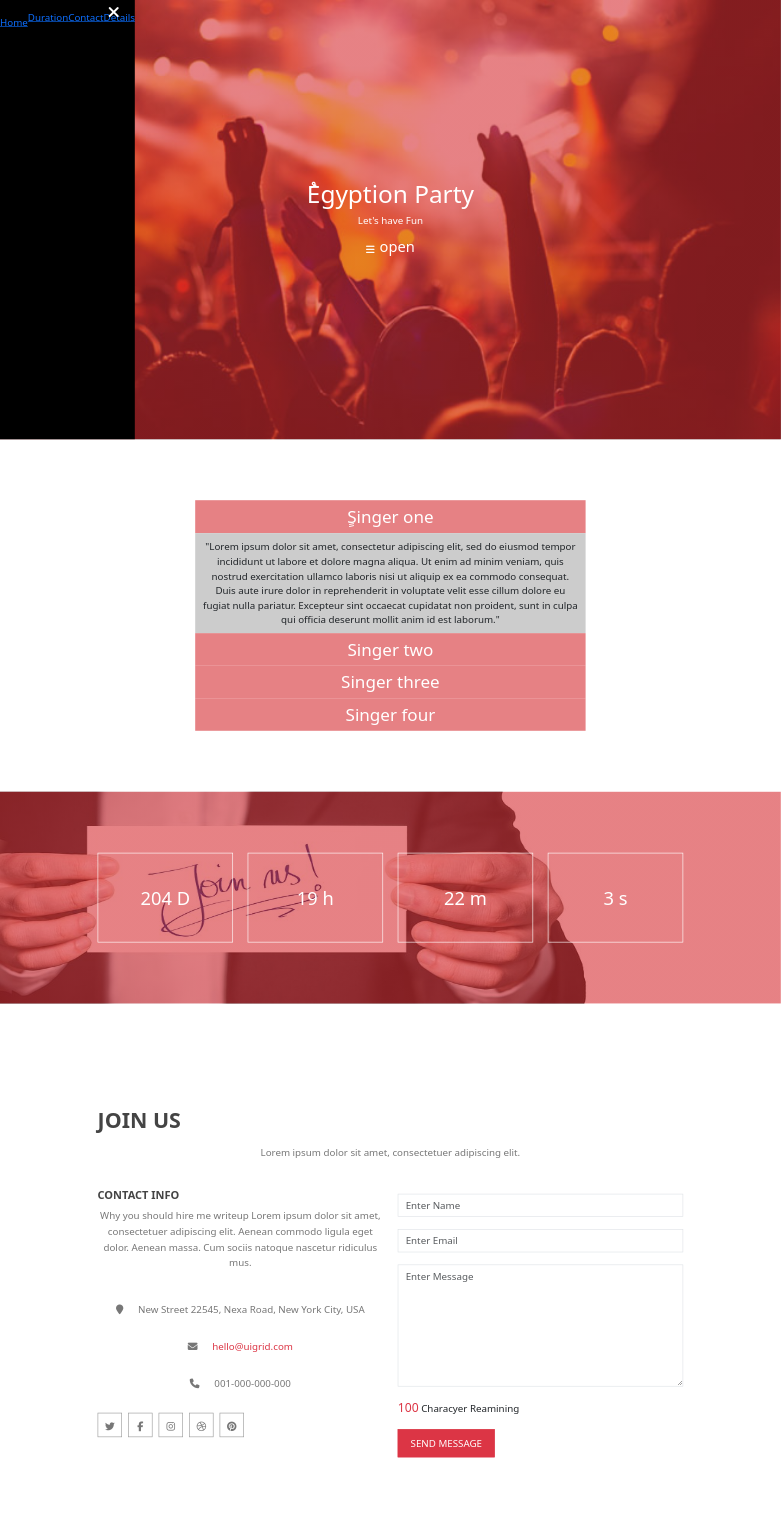
Repository: HagarYousry/jQuery
Page: index.html
The author's editor kept a copy of each file at every save. The page is drawn from the files as they stood at one save, then again after the next save.
The browser window is 1280 px wide. The pictures show the whole page, at 61% of full size.

Above is the page before, as saved 2024-07-25 18:27:34.

### index.html
<!DOCTYPE html>
<html lang="en">

<head>
    <meta charset="UTF-8">
    <meta name="viewport" content="width=device-width, initial-scale=1.0">
    <title>Egyption party</title>
    <!-- web fonts  -->
    <link rel="stylesheet" href="css/all.min.css">
    <!-- bootstrap -->
    <link rel="stylesheet" href="css/bootstrap.min.css">
    <!-- main css -->
    <link rel="stylesheet" href="css/main.css">
</head>

<body>
    <div id="home">

            <div id="sideNav" class="bg-black py-3">
                    <a class="p-0 closeIcon">
                        <i class="fa-solid fa-xmark "></i>
                    </a>
                     <a class="sideNav-link mt-2" href="#home">Home</a>
                     <a class="sideNav-link" href="#Acordion">Duration</a>
                     <a class="sideNav-link" href="#contact">Contact</a>
                     <a class="sideNav-link" href="#count">Details</a>
            </div>

            <div class="home-title d-flex justify-content-center align-items-center flex-column vh-100 text-white">
                <h1>ُEgyption Party</h1>
                <p>Let's have Fun</p>
                <span class="d-flex align-items-center">
                    <i class=" fa-solid fa-bars"></i>
                    <h4 class="ms-2">open</h4>
                </span>
            </div>


    </div>










    <!-- ! start sideNav section -->
    <!-- <section id="sideNav">
        <div class="navAnchor bg-black">
            <ul>
                <li class="p-0 closeIcon">
                    <i class="fa-solid fa-xmark "></i>
                </li>
                 <li ><a class="sideNav-link" href="#home">Home</a></li>
                 <li ><a class="sideNav-link" href="#Acordion">Duration</a></li>
                 <li ><a class="sideNav-link" href="#contact">Contact</a></li>
                 <li ><a class="sideNav-link" href="#count">Details</a></li>
            </ul>
        </div>

        <div class="navIcon align-self-center bg-danger bg-opacity-50 m-1 text-white p-2">
            <div class="navIcon-content d-flex align-items-center">
                <i class="fa-solid fa-bars"></i>
                <h4 class="ms-2">open</h4>
            </div>
        </div>
    </section> -->
    <!--! end sideNav section -->

    <!--! start header section  -->
    <!-- <header id="home" class="d-flex justify-content-center align-items-center flex-column">
        <div class="home-content text-center text-white">
            <h1>ُEgyption Party</h1>
            <p>Let's have Fun</p>
        </div>
    </header> -->
    <!--! end header section  -->

    <!-- start Acordion section  -->
    <section id="Acordion" class="text-center">

        <div class="container-fluid w-50 ">
            <h3 class="toggle ">ٍSinger one</h3>
            <div class="inner first">"Lorem ipsum dolor sit amet, consectetur adipiscing elit, sed do eiusmod tempor
                incididunt ut labore et dolore magna aliqua. Ut enim ad minim veniam, quis nostrud exercitation ullamco
                laboris nisi ut aliquip ex ea commodo consequat. Duis aute irure dolor in reprehenderit in voluptate
                velit
                esse cillum dolore eu fugiat nulla pariatur. Excepteur sint occaecat cupidatat non proident, sunt in
                culpa
                qui officia deserunt mollit anim id est laborum."
            </div>


            <h3 class="toggle">Singer two</h3>
            <div class="inner">"Sed ut perspiciatis unde omnis iste natus error sit voluptatem accusantium doloremque
                laudantium, totam rem aperiam, eaque ipsa quae ab illo inventore veritatis et quasi architecto beatae
                vitae
                dicta sunt explicabo. Nemo enim ipsam voluptatem quia voluptas sit aspernatur aut odit aut fugit, sed
                quia
                consequuntur magni dolores eos qui ratione voluptatem sequi nesciunt. Neque porro quisquam est, qui
                dolorem
                ipsum quia dolor sit amet, consectetur, adipisci velit, sed quia non numquam eius modi tempora incidunt
                ut
                labore et dolore magnam aliquam quaerat voluptatem. Ut enim ad minima veniam, quis nostrum
                exercitationem
                ullam corporis suscipit laboriosam, nisi ut aliquid ex ea commodi consequatur? Quis autem vel eum iure
                reprehenderit qui in ea voluptate velit esse quam nihil molestiae consequatur, vel illum qui dolorem eum
                fugiat quo voluptas nulla pariatur?"
            </div>


            <h3 class="toggle">Singer three</h3>
            <div class="inner">"But I must explain to you how all this mistaken idea of denouncing pleasure and praising
                pain was born and I will give you a complete account of the system, and expound the actual teachings of
                the
                great explorer of the truth, the master-builder of human happiness. No one rejects, dislikes, or avoids
                pleasure itself, because it is pleasure, but because those who do not know how to pursue pleasure
                rationally
                encounter consequences that are extremely painful. Nor again is there anyone who loves or pursues or
                desires
                to obtain pain of itself, because it is pain, but because occasionally circumstances occur in which toil
                and
                pain can procure him some great pleasure. To take a trivial example, which of us ever undertakes
                laborious
                physical exercise, except to obtain some advantage from it? But who has any right to find fault with a
                man
                who chooses to enjoy a pleasure that has no annoying consequences, or one who avoids a pain that
                produces no
                resultant pleasure?"
            </div>


            <h3 class="toggle">Singer four</h3>
            <div class="inner">"At vero eos et accusamus et iusto odio dignissimos ducimus qui blanditiis praesentium
                voluptatum deleniti atque corrupti quos dolores et quas molestias excepturi sint occaecati cupiditate
                non
                provident, similique sunt in culpa qui officia deserunt mollitia animi, id est laborum et dolorum fuga.
                Et
                harum quidem rerum facilis est et expedita distinctio. Nam libero tempore, cum soluta nobis est eligendi
                optio cumque nihil impedit quo minus id quod maxime placeat facere possimus, omnis voluptas assumenda
                est,
                omnis dolor repellendus. Temporibus autem quibusdam et aut officiis debitis aut rerum necessitatibus
                saepe
                eveniet ut et voluptates repudiandae sint et molestiae non recusandae. Itaque earum rerum hic tenetur a
                sapiente delectus, ut aut reiciendis voluptatibus maiores alias consequatur aut perferendis doloribus
                asperiores repellat."

            </div>

        </div>
    </section>
    <!-- end Acordion section  -->

    <!-- start count section  -->
    <section id="count">
        <div class="container-fluid w-75 text-center text-white">
            <div class="row">
                <div class="col-md-3">
                    <div class="time">
                        <span class="days">00</span>
                    </div>
                </div>

                <div class="col-md-3">
                    <div class="time">
                        <span class="hours">00</span>
                    </div>
                </div>

                <div class="col-md-3">
                    <div class="time">
                        <span class="minutes">00</span>
                    </div>
                </div>

                <div class="col-md-3">
                    <div class="time">
                        <span class="seconds">00</span>
                    </div>
                </div>

            </div>
        </div>
    </section>
    <!-- end count section  -->

    <!-- start contact-us section  -->
    <section id="contact">
        <div class="container-fluid w-75">
            <div class="head">
                <h2 class="text-uppercase fw-bold">Join Us</h2>
                <p class="text-center">Lorem ipsum dolor sit amet, consectetuer adipiscing elit.</p>
            </div>
            <div class="row mt-5">
                <div class="col-md-6">
                    <div class="col-info">
                        <h3 class="text-uppercase">CONTACT INFO</h3>
                        <p class="text-center">Why you should hire me writeup Lorem ipsum dolor sit amet, consectetuer
                            adipiscing elit.
                            Aenean commodo ligula eget dolor. Aenean massa. Cum sociis natoque nascetur ridiculus mus.
                        </p>

                        <div class="icons text-center">
                            <p><i class="fa fa-map-marker"></i> New Street 22545, Nexa Road, New York City, USA</p>

                            <p class="text-danger"><i class="fa fa-envelope"></i> hello@uigrid.com</p>
                            <p><i class="fa fa-phone"></i> 001-000-000-000</p>
                        </div>

                        <div class="social d-flex align-items-center">

                            <i class="fab fa-twitter fa-fw"></i>
                            <i class="fab fa-facebook-f fa-fw"></i>
                            <i class="fab fa-instagram fa-fw"></i>
                            <i class="fab fa-dribbble fa-fw"></i>
                            <i class="fab fa-pinterest fa-fw"></i>

                        </div>
                    </div>
                </div>

                <div class="col-md-6">
                    <form>

                        <input class="form-control mt-2" type="text" placeholder="Enter Name">
                        <input class="form-control" type="email" placeholder="Enter Email">
                        <textarea class="form-control " placeholder="Enter Message"></textarea>
                        <span id="chars" class="text-danger">100</span> Characyer Reamining
                        <button class="btn btn-danger text-uppercase">Send Message</button>

                    </form>
                </div>
            </div>
        </div>
    </section>
    <!-- end contact-us section  -->


    <!-- jquery  -->
    <script src="js/jquery-3.7.1.min.js"></script>
    <!-- index js  -->
    <script src="js/index.js"></script>


</body>

</html>

### css/main.css
#home{
    height: 100vh;
    background-image: linear-gradient(rgba(214, 46, 51, 0.6), rgba(214, 46, 51, 0.6)),
        url(../imgs/events-heavenly-header.jpg);
    background-position: center;
    background-size: cover;
    background-repeat: no-repeat;
}

#sideNav {
    position: fixed;
    top: 0;
    bottom: 0;
    left: 0;
    display: flex;
    z-index: 9999;
}


.closeIcon {
    position: absolute;
    top: 0;
    right: 25px;
    font-size: 26px;
    margin-left: 50px;
    color: white;
    padding-bottom: 10px;
}




/* #sideNav {
    position: fixed;
    top: 0;
    bottom: 0;
    left: 0;
    display: flex;
    z-index: 9999;
}

#sideNav .navAnchor {
    padding: 40px 0 0 0;
    position: relative;
}

#sideNav .navAnchor ul {
    padding: 0 20px 0 20px;
}

#sideNav .navAnchor ul li {
    padding: 25px;
    list-style: none;
    cursor: pointer;
}

#sideNav .navAnchor ul li:hover a {
    color: rgba(214, 46, 51, 0.4);
}

#sideNav .navAnchor ul li a {
    text-decoration: none;
    font-size: 25px;
    color: white;
    transition: 0.3s all;
}


.closeIcon {
    position: absolute;
    top: 0;
    right: 25px;
    font-size: 26px;
    margin-left: 50px;
    color: white;
}

.navIcon {
    border-radius: 20px 20px;
}

.navIcon i,
.navIcon h4 {
    font-size: 30px;
    cursor: pointer;
}

@media (max-width: 991.98px) {
    .navIcon {
        align-self: flex-start !important;
    }

    .navIcon .navIcon-content {
        flex-direction: column;
    }
}


header {
    height: 100vh;
    background-image: linear-gradient(rgba(214, 46, 51, 0.6), rgba(214, 46, 51, 0.6)),
        url(../imgs/events-heavenly-header.jpg);
    background-position: center;
    background-size: cover;
    background-repeat: no-repeat;
}

header h1 {
    font-size: 60px;
} */



/* start Acordion section  */
#Acordion {
    padding: 100px auto;
}

.toggle {
    background-color: rgba(214, 46, 51, 0.6);
    cursor: pointer;
    color: white;
    padding: 10px;
    margin: 0px;
}

.inner {
    background-color: rgb(204, 204, 204);
    display: none;
    padding: 10px;
}

#Acordion .first {
    display: block;
}

/* end Acordion section  */

/* start count section  */

#count {
    background-image: linear-gradient(rgba(214, 46, 51, 0.6), rgba(214, 46, 51, 0.6)), url(../imgs/invitation-2508607__340.jpg);
    background-repeat: no-repeat;
    background-position: center center;
    background-size: 100% 100%;
    position: relative;
}

.container-fluid {
    padding: 100px 0px;
}

.time {
    padding: 50px;
    border: 1px solid #FFF;
    font-weight: 500;
    font-size: 30px;
}

/* end count section  */

/* start contact-us section  */
#contact {
    margin-top: 70px;
}

#contact .head h2 {
    font-size: 35px;
    color: #444;
    margin-bottom: 20px;
}

#contact .head p {
    color: #777;
    font-weight: 300;
    font-size: 16px;
}

#contact .col-md-6 .col-info .icons {
    margin-top: 50px;
}

#contact .col-md-6 .col-info .icons p {
    margin-bottom: 35px;
}

#contact .col-md-6 .col-info h3 {
    color: #444;
    font-size: 18px;
    font-weight: 900;
}

#contact .col-md-6 .col-info p {
    font-size: 16px;
    line-height: 26px;
    color: #777;
}

#contact i {
    margin-right: 20px;
    color: #777;
}

#contact .col-md-6 .col-info .social i {
    margin-right: 10px;
    border: 1px solid #999;
    width: 40px;
    height: 40px;
    line-height: 42px;
    cursor: pointer;
    text-align: center;
    transition: 0.5s all;
}

#contact .col-md-6 .col-info .social i:hover {
    color: #fff;
    background-color: #D62E33;
    border: 1px solid #D62E33;
}

#contact .col-md-6 form input,
#contact .col-md-6 form textarea {
    margin-bottom: 20px;
    border-radius: 0;
}

#contact .col-md-6 form textarea {
    height: 200px;
    resize: vertical;
}

#contact .col-md-6 form button {
    padding: 10px 20px;
    border-radius: 0;
    margin-top: 20px;
    display: block;
}

#contact .col-md-6 form #chars {
    font-size: 20px;
}
/* end contact-us section  */

### js/index.js
/// <reference types="../@types/jquery"/>

// start sideNav section

const navAnchorwidth = $('.navAnchor').outerWidth(true);

// console.log(navAnchorwidth);

//! first: Close sideNav
$('#sideNav')
    .animate({ left: -navAnchorwidth }, 0);

let isOpen = false

//! second: on click "navIcon" ,toggle open & close sideNav
$('#sideNav .navIcon')
    .on('click', function () {
        let status;
        // = isOpen ? -navAnchorwidth : 0;
        if (isOpen) {
            status = -navAnchorwidth
            $('.home-content').animate({ marginLeft: 0 }, 1000)
        } else {
            status = 0
            $('.home-content').animate({ marginLeft: navAnchorwidth }, 1000)
        }
        isOpen = !isOpen;

        $(this).parent()
            .animate({ left: status }, 1000)

    })

//! closeIcon
$('.closeIcon')
    .on('click', function () {
        isOpen = !isOpen;
        $('#sideNav')
            .animate({ left: -navAnchorwidth }, 1000);
        $('.home-content').animate({ marginLeft: 0 }, 1000)
    })


//! scroll to sections
$('.sideNav-link[href^="#"]')
    .on('click', function () {
        const sectionId = $(this).attr('href');
        // console.log(section);
        //! get section top
        const sectionTop = $(sectionId).offset().top;
        // console.log(top);
        $('html , body')
            .animate({ scrollTop: sectionTop }, 2000)
    })

// end sideNav section

// start Acordion section
//! slideToggle effect
$('#Acordion .toggle').on('click', function () {
    //! slide up all inner except the one i clicked on
    $('.inner').not($(this).next()).slideUp(500);
    //! slide toggle
    $(this).next().slideToggle(500);
});
// end Acordion section

//start count section
$(window).on('load', function () {
    countDownTime("24 january 2025 00:00:00");
})


function countDownTime(countTo) {

    //! get countTo date
    let futureDate = new Date(countTo);
    futureDate = (futureDate.getTime() / 1000);
    // console.log(futureDate);

    //! get current date
    let now = new Date();
    // console.log(now);
    now = (now.getTime() / 1000);

    //! get the difference between current date and countTo date by sec
    timeDifference = (futureDate - now);

    //?(24 * 60 * 60) ==> num. of sec in day ==> 86400
    let days = Math.floor(timeDifference / 86400);
    let hours = Math.floor((timeDifference - (days * 86400)) / 3600);
    let mins = Math.floor((timeDifference - (days * 86400) - (hours * 3600)) / 60);
    let secs = Math.floor((timeDifference - (days * 86400) - (hours * 3600) - (mins * 60)))


    $(".days").html(`${days} D`);
    $(".hours").html(`${hours} h`);
    $(".minutes").html(`${mins} m`);
    $('.seconds').html(`${secs} s`)

    //! Repeating the Countdown Every Second
    setInterval(function () {
        countDownTime(countTo);
    }, 1000);
}
//end count section

//start contact-us section
let maxLength = 100;
$('textarea').on('keyup', function () {
    //! val as getter ==> lenght
    let length = $(this).val().length;
    // console.log(length);
    let AmountLeft = maxLength - length;
    console.log(AmountLeft);
    if (AmountLeft <= 0) {
        $("#chars").text("your available characters finished");
    }
    else {
        $("#chars").text(AmountLeft);
    }
});
//end contact-us section

Loaded but not shown: css/all.min.css (library); css/bootstrap.min.css (library); js/jquery-3.7.1.min.js (library)

After the next save:
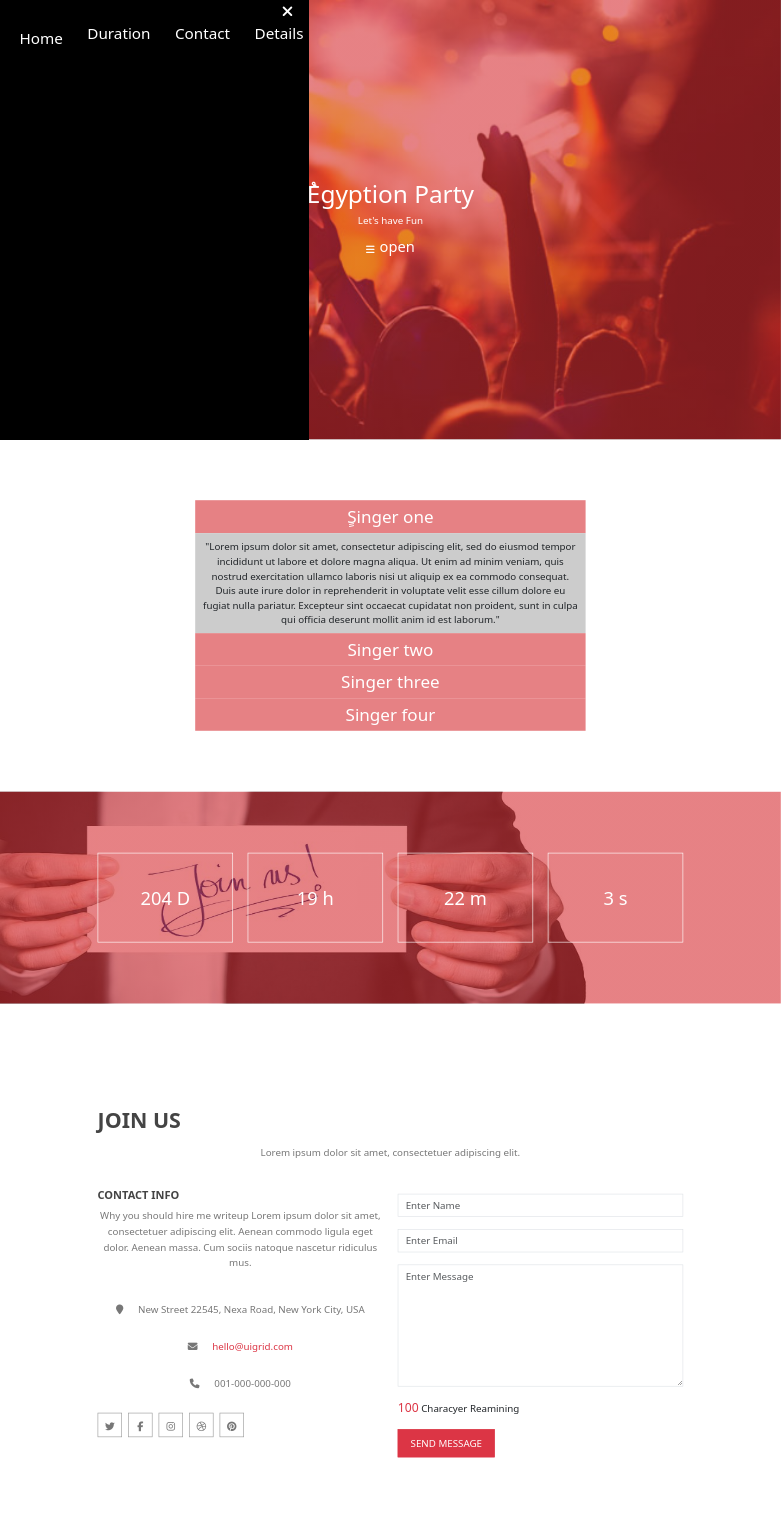
Saved 52 s later.
--- a/css/main.css
+++ b/css/main.css
@@ -16,6 +16,15 @@
     z-index: 9999;
 }
 
+#sideNav a{
+    padding: 20px 8px 20px 32px;
+    text-decoration: none;
+    font-size: 25px;
+    color: #818181;
+    display: block;
+    transition: 0.3s;
+    color: white;
+}
 
 .closeIcon {
     position: absolute;
